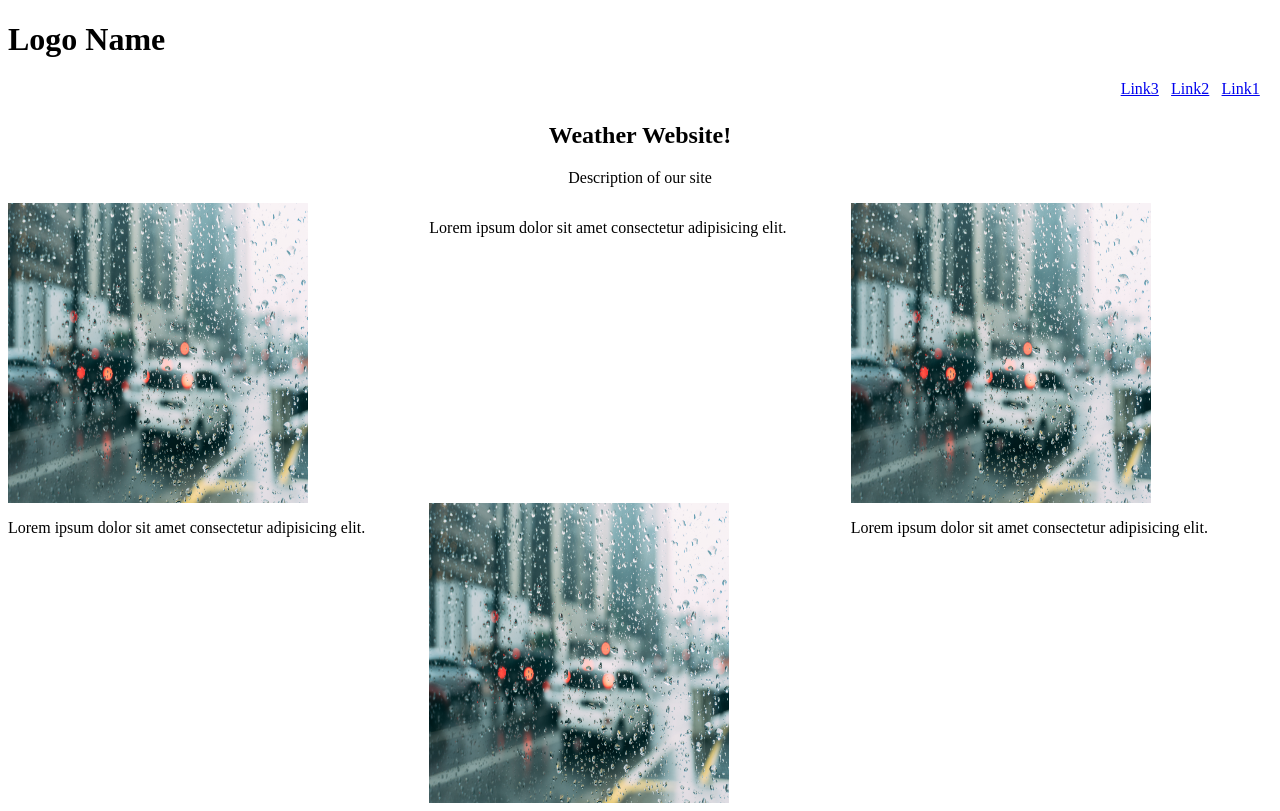
Repository: aaron1986/Breakout2_group_code
Page: index.html
The author's editor kept a copy of each file at every save. The page is drawn from the files as they stood at one save, then again after the next save.
The browser window is 1280 px wide. The pictures show the whole page.

Above is the page before, as saved 2023-09-13 09:51:41.

After the next save:
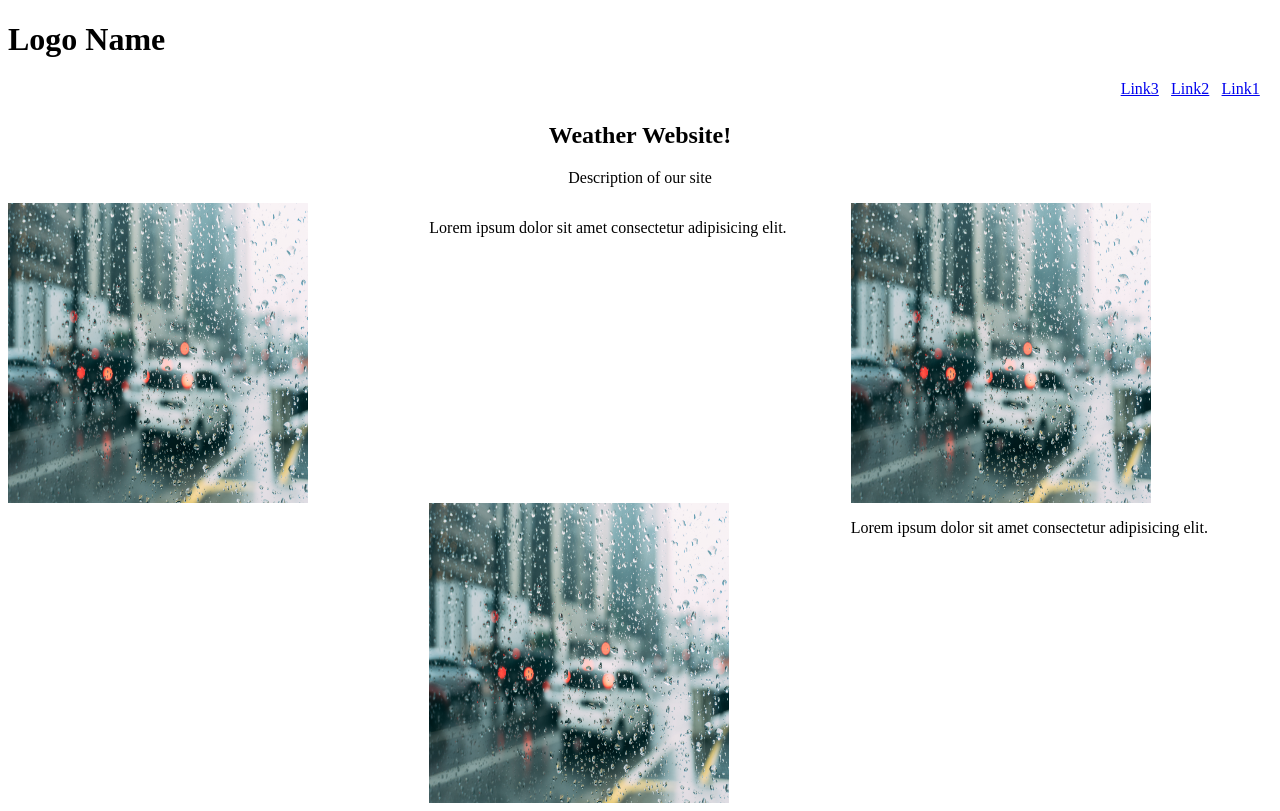
Saved 26 s later.
--- a/index.html
+++ b/index.html
@@ -34,9 +34,7 @@
 
                 <img src="./img/pexels-kaique-rocha-125510.jpg" alt="">
                 <div class="img-textbox">
-                    <p>
-                        Lorem ipsum dolor sit amet consectetur adipisicing elit.
-                    </p>
+
                 </div>
 
                 <img src="./img/pexels-kaique-rocha-125510.jpg" alt="">
